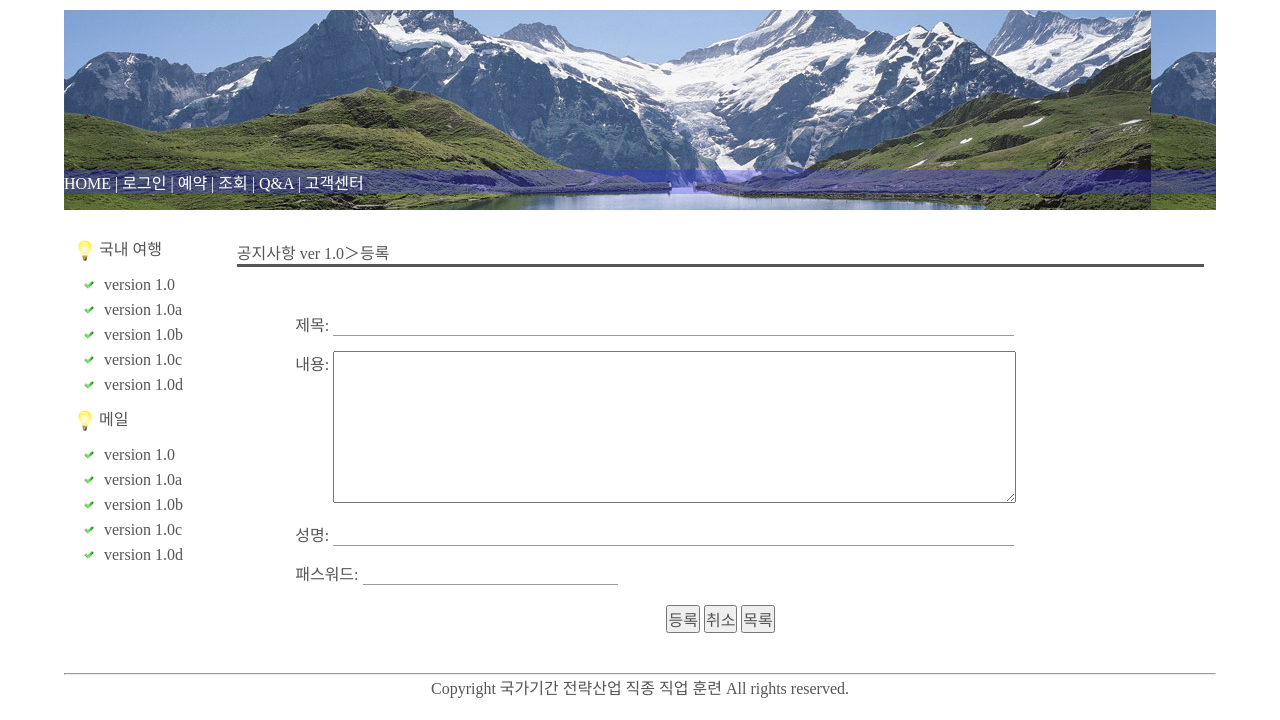
Repository: jangky000/ai_web
Page: http://localhost/blog_v2jc/mail_app/create_form.jsp
An editor plug-in stored every save of this project. The page is shown before and after the next save, followed by the edit.
The browser window is 1280 px wide. The pictures show the whole page.
The page is served by Tomcat 9.

Above is the page before, as saved 2020-03-27 05:44:58.

After the next save:
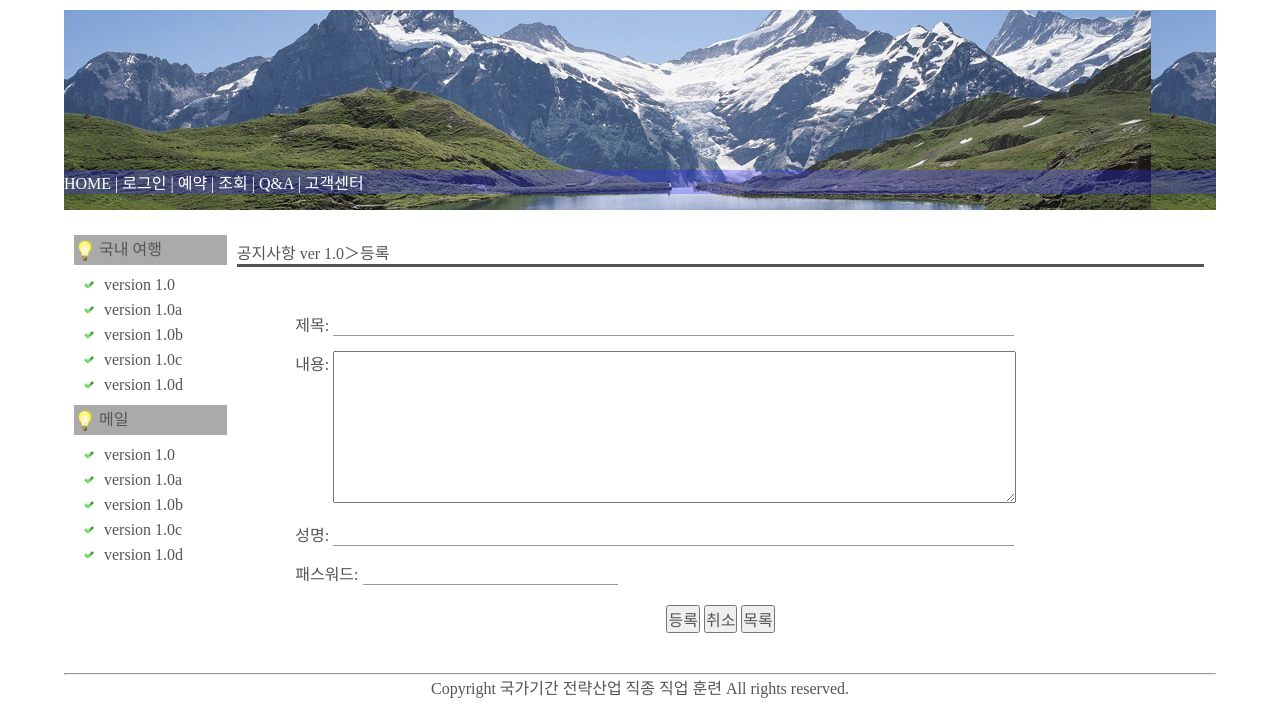
Saved 3 min 21 s later.
--- a/ws__frame/blog_v2jc/WebContent/css/style.css
+++ b/ws__frame/blog_v2jc/WebContent/css/style.css
@@ -220,6 +220,7 @@
     list-style: none;
     margin: 15px 10px;
     background: url(./images/li_left_menu_1.png) left center no-repeat; /* url 왼쪽 중간 반복x */
+    background-color:#aaaaaa;
     background-size: 22px;
     padding-left: 25px;
     line-height: 30px;
